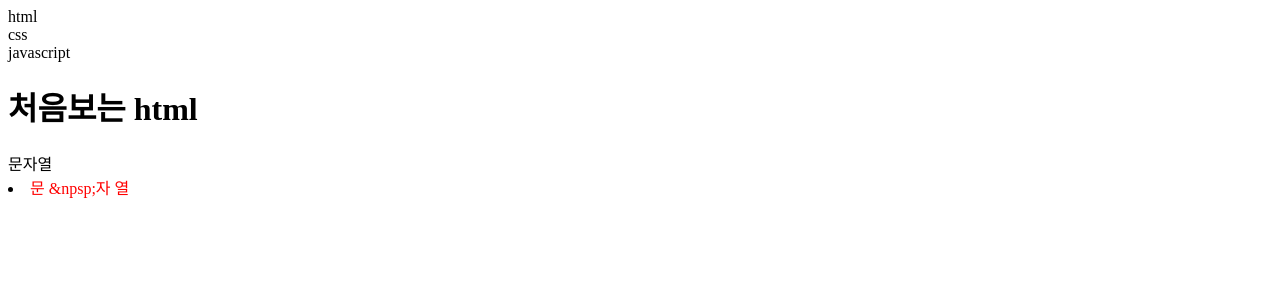
Repository: rightsecond3/java52
Page: workspace_script/dev_html/WebContent/html_day1/basicEl.html
These files come from the project's save history. The page is drawn as it stood at one moment and after the next save; the edit follows.
The browser window is 1280 px wide. The pictures show the whole page.

Above is the page before, as saved 2019-06-04 03:06:25.

### workspace_script/dev_html/WebContent/html_day1/basicEl.html
<!DOCTYPE html>
<html>
<!-- head영역에는 CSS소스를 추가하거나 JavaScript 소스를 추가할 수 있다.
head영역에는 title 태그를 사용할 수 있다.
 -->
<head>
<meta charset="EUC-KR">
<title>Insert title here</title>
</head>
<body>
<!-- 화면처리 내용을 볼 수 있다. -->
html<br>
css<br>
javascript
<h1>처음보는 html</h1>
문자열<!-- 태그이름은 없고 값이긴 하다. -->
<li><font color="red">문 &npsp;자 열</font></li>
</body>
</html>

After the next save:
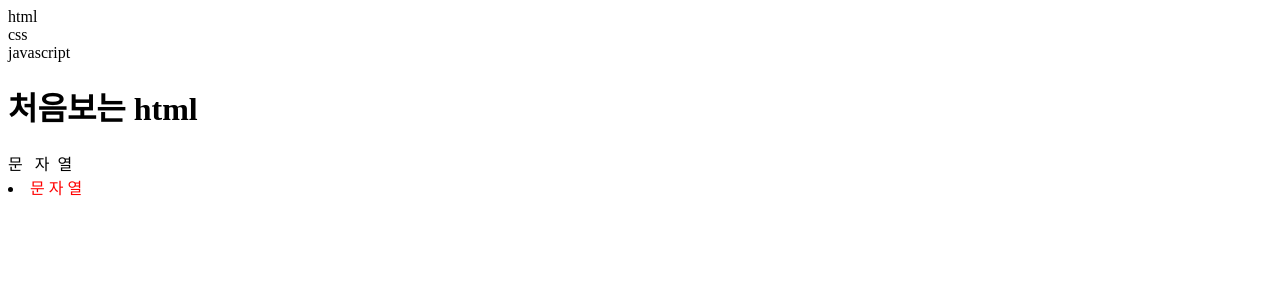
Saved 37 s later.
--- a/workspace_script/dev_html/WebContent/html_day1/basicEl.html
+++ b/workspace_script/dev_html/WebContent/html_day1/basicEl.html
@@ -13,7 +13,7 @@ html<br>
 css<br>
 javascript
 <h1>처음보는 html</h1>
-문자열<!-- 태그이름은 없고 값이긴 하다. -->
-<li><font color="red">문 &npsp;자 열</font></li>
+문 &nbsp;&nbsp;자&nbsp;&nbsp;열<!-- 태그이름은 없고 값이긴 하다. -->
+<li><font color="red">문 자      열</font></li>
 </body>
 </html>
